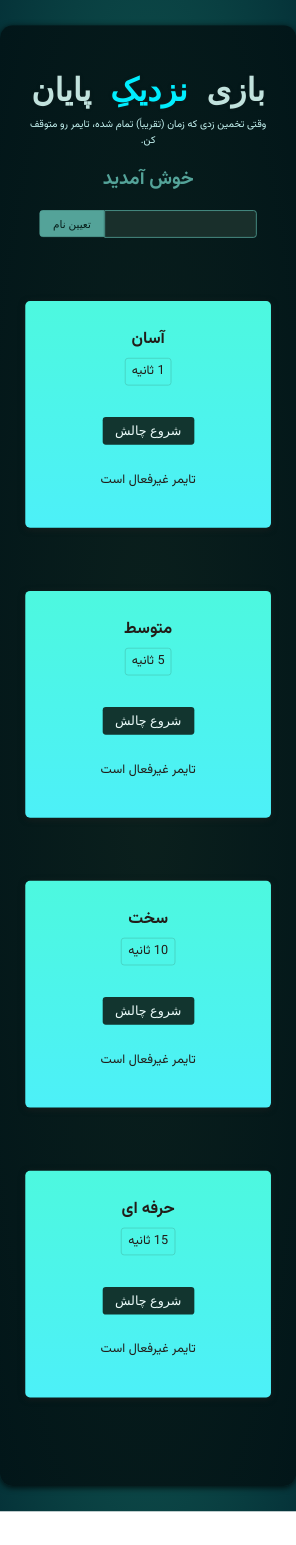
Repository: H-ala/react-near-end
Page: /
These files come from the project's save history. The page is drawn as it stood at one moment and after the next save; the edit follows.
The browser window is 375 px wide. The pictures show the whole page, at 79% of full size.
The project was rebuilt for these pictures with package versions that can differ from the ones it lists, and the page was loaded fresh each time. Also part of the build but not shown: vite.config.js.

Above is the page before, as saved 2025-10-21 19:53:47.

### index.html
<!DOCTYPE html>
<html lang="en">

<head>
  <meta charset="UTF-8" />
  <link rel="icon" type="image/svg+xml" href="/vite.svg" />
  <meta name="viewport" content="width=device-width, initial-scale=1.0" />
  <title>Refs & Portals</title>
</head>

<body>
  <div id="modal"></div>
  <div id="content">
    <header>
      <h1>بازی <em>نزدیکِ</em> پایان</h1>
      <p>وقتی تخمین زدی که زمان (تقریباً) تمام شده، تایمر رو متوقف کن.</p>
    </header>
    <div id="root"></div>
  </div>
  <script type="module" src="/src/main.jsx"></script>
</body>

</html>

### src/App.jsx
import Player from "./components/Player.jsx";
import TimerChallenge from "./components/TimerChallenge.jsx";

function App() {
  return (
    <>
      <Player />
      <div id="challenges">
        <TimerChallenge title="آسان" targetTime={1} />
        <TimerChallenge title="متوسط" targetTime={5} />
        <TimerChallenge title="سخت" targetTime={10} />
        <TimerChallenge title="حرفه ای" targetTime={15} />
      </div>
    </>
  );
}

export default App;

### src/index.css
@import url("https://fonts.googleapis.com/css2?family=Vazirmatn:wght@400;700&display=swap");

* {
  box-sizing: border-box;
}

body {
  margin: 0;
  font-family: "Vazirmatn", sans-serif;
  -webkit-font-smoothing: antialiased;
  -moz-osx-font-smoothing: grayscale;
  background: radial-gradient(#186a5e, #053339);
  color: #e1eeeb;
  direction: rtl;
  min-height: 100vh;
}

#content {
  max-width: 60rem;
  margin: 2rem auto;
  padding: 2rem;
  background: radial-gradient(#0b201d, #021619);
  border-radius: 16px;
  box-shadow: 0 2px 8px rgba(0, 0, 0, 0.8);
}

h1 {
  font-family: "Handjet", monospace;
  text-align: center;
  text-transform: uppercase;
  color: #c1e2dd;
  text-shadow: 0 0 4px rgba(35, 34, 34, 0.4);
  font-size: 3.5rem;
  margin-bottom: 0.5rem;
}

h1 em {
  font-style: normal;
  color: #00eeff;
}

header p {
  font-size: 1.2rem;
  margin: 0;
  text-align: center;
  color: #c6f4f2;
}

#player {
  text-align: center;
}

#player h2 {
  color: #54a399;
}

#player p {
  display: flex;
  justify-content: center;
  align-items: center;
}

#player input {
  font: inherit;
  border: 1px solid #54a399;
  background-color: #192f2b;
  border-radius: 4px;
  border-top-left-radius: 0;
  border-bottom-left-radius: 0;
  padding: 0.25rem;
  color: #d1f0ec;
}

#player button {
  cursor: pointer;
  background-color: #54a399;
  border: 1px solid #54a399;
  padding: 0.55rem 1rem;
  color: #061e1a;
  border-top-left-radius: 4px;
  border-bottom-left-radius: 4px;
}

#player button:hover {
  background-color: #3c8379;
  border-color: #3c8379;
}

#challenges {
  max-width: 50rem;
  margin: 3rem auto;
  display: flex;
  flex-wrap: wrap;
  gap: 2rem;
}

.challenge {
  width: 22rem;
  display: flex;
  flex-direction: column;
  align-items: center;
  justify-content: center;
  padding: 2rem;
  margin: 2rem auto;
  background: linear-gradient(#4df8df, #4df0f8);
  color: #221c18;
  box-shadow: 0 2px 8px rgba(35, 34, 34, 0.6);
  border-radius: 6px;
}

.challenge button {
  margin-top: 1rem;
  padding: 0.5rem 1rem;
  border: none;
  border-radius: 4px;
  background: #12352f;
  color: #edfcfa;
  font-size: 1.2rem;
  cursor: pointer;
}

.challenge button:hover {
  background: #051715;
}

.challenge h2 {
  font-size: 1.5rem;
  margin: 0;
  text-align: center;
  color: #221c18;
}

.challenge-time {
  border: 1px solid #46cebe;
  border-radius: 4px;
  padding: 0.25rem 0.5rem;
  margin: 0.5rem;
}

.challenge .active {
  animation: flash 1s infinite;
}

.result-modal {
  border: none;
  border-radius: 8px;
  padding: 2rem;
  background-color: #d7fcf8;
}

.result-modal[open] {
  animation: slide-in-from-top 0.35s ease-out;
}

.result-modal::backdrop {
  background: rgba(0, 0, 0, 0.9);
}

.result-modal h2 {
  font-family: "Handjet", monospace;
  margin: 0 0 0.25rem 0;
  font-size: 3rem;
  text-transform: uppercase;
}

.result-modal progress {
  width: 100%;
  height: 1.5rem;
  margin: 0;
  accent-color: #46cebe;
}

.result-modal p {
  margin: 0.5rem 0;
  font-size: 1.2rem;
}

.result-modal p strong {
  color: #10655b;
}

.result-modal form {
  text-align: right;
}

.result-modal button {
  margin-top: 1rem;
  padding: 0.5rem 1rem;
  border: none;
  border-radius: 4px;
  background: #12352f;
  color: #edfcfa;
  font-size: 1.2rem;
  cursor: pointer;
}

.result-modal button:hover {
  background: #051715;
}

@keyframes slide-in-from-top {
  0% {
    transform: translateY(-15%);
    opacity: 0;
  }
  100% {
    transform: translateY(0);
    opacity: 1;
  }
}

@keyframes flash {
  0% {
    opacity: 0.5;
  }
  50% {
    opacity: 1;
  }
  100% {
    opacity: 0.5;
  }
}

@media (max-width: 768px) {
  h1 {
    font-size: 2.5rem;
  }

  header p {
    font-size: 1rem;
  }

  #challenges {
    gap: 1rem;
  }

  .challenge h2 {
    font-size: 1.3rem;
  }

  .challenge button {
    font-size: 1rem;
  }

  .result-modal h2 {
    font-size: 2rem;
  }

  .result-modal p {
    font-size: 1rem;
  }
}

@media (max-width: 480px) {
  h1 {
    font-size: 2.5rem;
  }
  header p {
    font-size: 0.8rem;
  }
}

### src/components/Player.jsx
import { useState, useRef } from "react";

export default function Player() {
  const playerName = useRef();
  const [enteredPlayerName, setEnteredPlayerName] = useState("");

  function handleClick() {
    setEnteredPlayerName(playerName.current.value);
    playerName.current.value = "";
  }

  return (
    <section id="player">
      <h2>خوش آمدید {enteredPlayerName ?? "unknown entity"}</h2>
      <p>
        <input
          ref={playerName}
          type="text"
        />
        <button onClick={handleClick}>تعیین نام</button>
      </p>
    </section>
  );
}

### src/components/TimerChallenge.jsx
import { useState, useRef } from "react";
import ResultModal from "./ResultModal";

export default function TimerChallenge({ title, targetTime }) {
  const timer = useRef();
  const dialog = useRef();

  const [timeRemaining, setTimeRemaining] = useState(targetTime * 1000);
  const timerIsActive = timeRemaining > 0 && timeRemaining < targetTime * 1000;

  if (timeRemaining <= 0) {
    clearInterval(timer.current);
    dialog.current.open();
  }

  function handleStart() {
    timer.current = setInterval(() => {
      setTimeRemaining((prevTimeRemaining) => prevTimeRemaining - 10);
    }, 10);
  }

  function handleReset() {
    setTimeRemaining(targetTime * 1000);
  }

  function handleStop() {
    clearInterval(timer.current);
    dialog.current.open();
  }

  return (
    <>
      <ResultModal
        ref={dialog}
        targetTime={targetTime}
        remainingTime={timeRemaining}
        onReset={handleReset}
      />
      <section className="challenge">
        <h2>{title}</h2>
        <p className="challenge-time">
          {targetTime} ثانیه
        </p>
        <p>
          <button onClick={timerIsActive ? handleStop : handleStart}>
            {timerIsActive ? "توقف" : "شروع"} چالش
          </button>
        </p>
        <p className={timerIsActive ? "active" : undefined}>
          {timerIsActive ? "زمان داره میگذره..." : "تایمر غیرفعال است"}
        </p>
      </section>
    </>
  );
}

### src/components/ResultModal.jsx
import { useImperativeHandle, useRef } from "react";
import { createPortal } from "react-dom";

export default function ResultModal({ ref, targetTime, remainingTime, onReset }) {
  const dialog = useRef();

  const userLost = remainingTime <= 0;
  const formattedRemainingTime = (remainingTime / 1000).toFixed(2);
  const score = Math.round((1 - (remainingTime / (targetTime * 1000))) * 100);

  useImperativeHandle(ref, () => {
    return {
      open() {
        dialog.current.showModal();
      },
    };
  });

  return createPortal(
    <dialog ref={dialog} className="result-modal" onClose={onReset}>
      {userLost && <h2>تو باختی!</h2>}
      {!userLost && <h2>امتیاز : {score}</h2>}
      <p>
        زمان تارگت <strong>{targetTime} ثانیه بود. </strong>
      </p>
      <p>
        زمان رو وقتی
        <strong> {formattedRemainingTime} ثانیه مونده بود متوقف کردی. </strong>
      </p>
      <form action="dialog" onSubmit={onReset}>
        <button>بستن</button>
      </form>
    </dialog>,
    document.getElementById("modal")
  );
}

Loaded but not shown: src/main.jsx (common file)

After the next save:
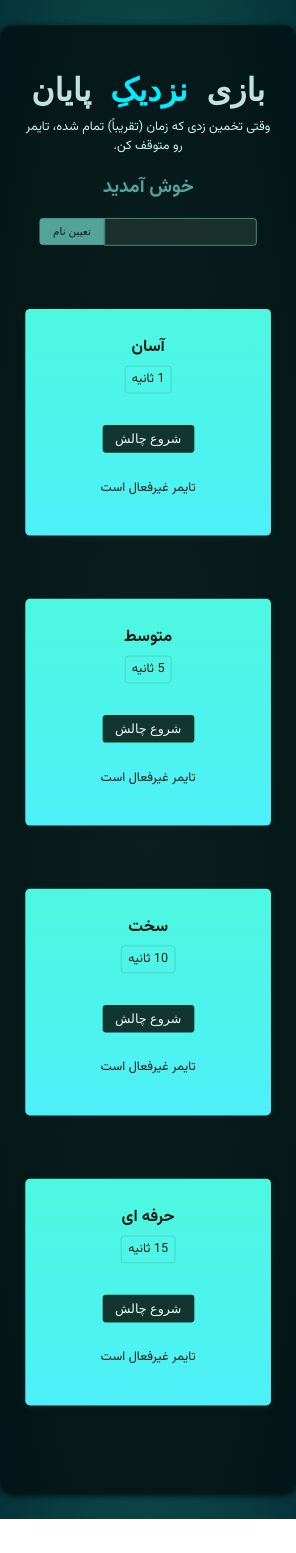
Saved 7 s later.
--- a/src/index.css
+++ b/src/index.css
@@ -256,6 +256,6 @@ header p {
     font-size: 2.5rem;
   }
   header p {
-    font-size: 0.8rem;
-  }
-}
+    font-size: 1rem;
+  }
+}
